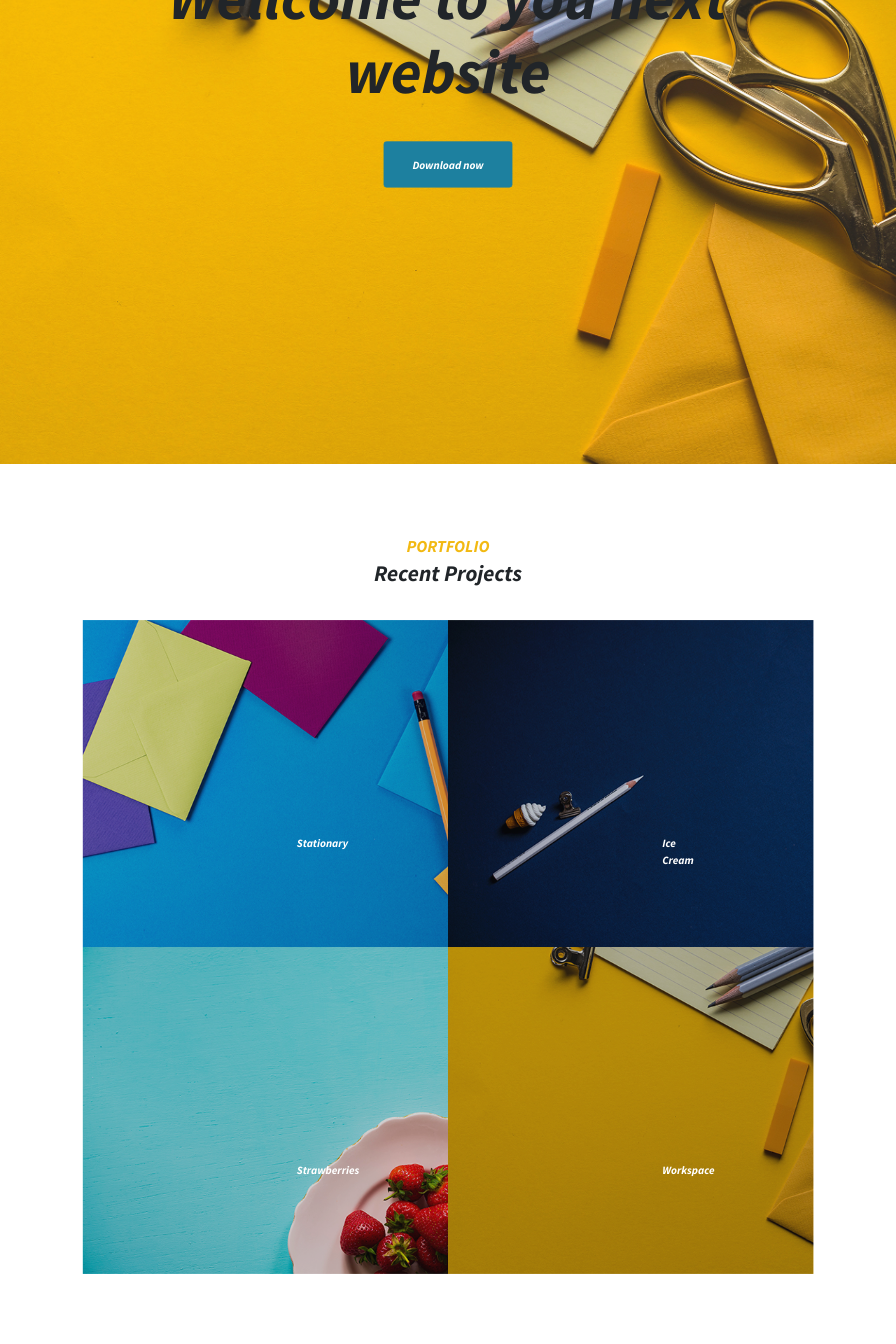
Repository: hoangpino/VE_FE_FrameWork_005
Page: lab06/index.html
An editor plug-in stored every save of this project. The page is shown before and after the next save, followed by the edit.
The browser window is 1280 px wide. The pictures show the part of the page from y = 2217 to 4137 px (the page is 4137 px tall), at 70% of full size.
Backgrounds fixed to the window are drawn as part of the page.

Above is the page before, as saved 2021-10-05 19:16:34.

### lab06/index.html
<!DOCTYPE html>
<html lang="en">

<head>
    <meta charset="UTF-8">
    <meta http-equiv="X-UA-Compatible" content="IE=edge">
    <meta name="viewport" content="width=device-width, initial-scale=1.0">
    <title>Portfolio</title>
    <link rel="stylesheet" href="./css/style.css" type="text/css" />
    <link rel="icon" href="./img/schools.png" />
    <link href="https://cdn.jsdelivr.net/npm/bootstrap@5.1.1/dist/css/bootstrap.min.css"
        rel="stylesheet"
        integrity="sha384-F3w7mX95PdgyTmZZMECAngseQB83DfGTowi0iMjiWaeVhAn4FJkqJByhZMI3AhiU"
        crossorigin="anonymous" />
    <link rel="stylesheet"
        href="https://cdnjs.cloudflare.com/ajax/libs/font-awesome/6.0.0-beta2/css/all.min.css" />
    <link rel="preconnect" href="https://fonts.googleapis.com">
    <link rel="preconnect" href="https://fonts.gstatic.com" crossorigin>
    <link
        href="https://fonts.googleapis.com/css2?family=Source+Sans+Pro:ital,wght@1,700&display=swap"
        rel="stylesheet" />
    <link rel="stylesheet"
        href="https://cdn.jsdelivr.net/npm/bootstrap-icons@1.5.0/font/bootstrap-icons.css">
</head>

<body>
    <a href="" class="menu-toggle rounded" hef="#" data-bs-toggle="offcanvas"
        data-bs-target="#offcanvas-right" aria-controls="offcanvas-right">
        <i class="fas fa-bars"></i>
    </a>
    <div class="offcanvas offcanvas-end" tabindex="-1" aria-labelledby="offcanvas-right-lable"
        id="offcanvas-right">
        <div class="offcanvas-header">
            <h5 id="offcanvas-right-label">Start Bootstrap</h5>
            <button type="button" class="btn-close btn-close-white text-reset"
                data-bs-dismiss="offcanvas" aria-label="Close"></button>
        </div>
        <div class="offcanvas-body">
            <ul class="sidebar-nav">
                <li class="sidebar-nav-item"><a href="#home">Home</a></li>
                <li class="sidebar-nav-item"><a href="#about">About</a></li>
                <li class="sidebar-nav-item"><a href="#services">Services</a></li>
                <li class="sidebar-nav-item"><a href="#callout">Callout</a></li>
                <li class="sidebar-nav-item"><a href="#portfolio">Portfolio</a></li>
                <li class="sidebar-nav-item"><a href="#">Contacts</a></li>
            </ul>
        </div>
    </div>

    <!-- Header -->
    <header class="d-flex align-items-center" id="home">
        <div class="container text-center">
            <h1 class="m-1">Stylist Portfolio</h1>
            <h3 class="mb-5">A Free Bootstrap Theme by Start Bootstrap </h3>
            <a href="" class="btn btn-primary btn-xl">Find Out More</a>
        </div>
    </header>

    <!-- About -->
    <section class="d-flex align-items-center" id="about">
        <div class="container text-center">
            <h2 class="m-1">Stylish Portfolio is the perfect theme for your next project!</h2>
            <p class="mb-5">This theme features a flexible, UX friendly sidebar menu and stock
                photos from our friends at Unsplash !</p>
            <a href="" class="btn btn-primary btn-xl">Find Out More</a>
        </div>
    </section>

    <!-- Services -->
    <section class="d-flex align-items-center" id="services">
        <div class="container text-center">
            <div class="section-header">
                <h4>Services</h4>
                <h2>What we offer</h2>
            </div>
            <div class="row">
                <div class="col-lg-3 col-md-6 mt-5">
                    <span class="services-icon mx-auto mb-3"><i class="bi bi-phone"></i></span>
                    <h2>Responsive</h2>
                    <p>Looks great on any screent size!</p>
                </div>
                <div class="col-lg-3 col-md-6 mt-5">
                    <span class="services-icon mx-auto mb-3"><i class="bi bi-pencil"></i></span>
                    <h2>Redesgined</h2>
                    <p>Freshly Redesgined for Bootstrap</p>
                </div>
                <div class="col-lg-3 col-md-6 mt-5">
                    <span class="services-icon mx-auto mb-3"><i
                            class="bi bi-hand-thumbs-up"></i></span>
                    <h2>Favorited</h2>
                    <p>Millions of users &hearts; Start Bootstrap!</p>
                </div>
                <div class="col-lg-3 col-md-6 mt-5">
                    <span class="services-icon mx-auto mb-3"><i
                            class="bi bi-question-circle"></i></span>
                    <h2>Questions</h2>
                    <p>Mustache you a question</p>
                </div>
            </div>
        </div>
    </section>

    <!-- Callout -->
    <section class="d-flex aglin-items-center" id="callout">
        <div class="container px-4 px-lg-5 text-center">
            <h1 class="mb-5">Wellcome to <em>you</em> next website</h1>
            <a href="#" class="btn btn-primary btn-xl">Download now</a>
        </div>
    </section>

    <!-- Portfolior -->
    <section class="d-flex align-items-center" id="portfolio">
        <div class="container px-4 px-lg-5 text-center">
            <div class="section-heading">
                <h4 class="m-1">Portfolio</h4>
                <h2 class="mb-5">Recent Projects</h2>
            </div>
            <div class="row gx-0">
                <div class="col-lg-6">
                    <a href="#" class="portfolio-item">
                        <div class="caption">
                            <div>Stationary</div>
                            <p>A yellow pencil with envelopes on a clean, blue backdrop.</p>
                        </div>
                        <img src="./img/portfolio-1.jpg">
                    </a>
                </div>
                <div class="col-lg-6">
                    <a href="#" class="portfolio-item">
                        <div class="caption">
                            <div>Ice Cream</div>
                            <p>A dark blue background with a colored pencil, a clip, and a tiny ice
                                cream cone!</p>
                        </div>
                        <img src="./img/portfolio-2.jpg">
                    </a>
                </div>
                <div class="col-lg-6">
                    <a href="#" class="portfolio-item">
                        <div class="caption">
                            <div>Strawberries</div>
                            <p>Strawberries are such a tasty snack, especially with a little sugar
                                on top!</p>
                        </div>
                        <img src="./img/portfolio-3.jpg">
                    </a>
                </div>
                <div class="col-lg-6">
                    <a href="#" class="portfolio-item">
                        <div class="caption">
                            <div>Workspace</div>
                            <p>A yellow workspace with some scissors, pencils, and other objects</p>
                        </div>
                        <img src="./img/portfolio-4.jpg">
                    </a>
                </div>
            </div>
        </div>
    </section>

    <script src="https://cdn.jsdelivr.net/npm/bootstrap@5.1.1/dist/js/bootstrap.bundle.min.js"
        integrity="sha384-/bQdsTh/da6pkI1MST/rWKFNjaCP5gBSY4sEBT38Q/9RBh9AH40zEOg7Hlq2THRZ"
        crossorigin="anonymous"></script>
</body>

</html>

### lab06/css/style.css
:root {
    --color-green: #1d809f;
    --color-green-dark:rgb(15, 64, 78);
    --color-dark:#343a40;
    --color-yellow: #f2b912;
}

body {
    font-family: 'Source Sans Pro', sans-serif !important;
}

* {
    margin: 0;
    padding: 0;
}
.menu-toggle {
    position: fixed;
    width: 50px;
    height: 50px;
    color: #fff;
    background-color: rgba(52,58,64,0.5);
    text-align: center;
    line-height: 50px;
    right: 15px;
    top: 15px;
}

.menu-toggle:hover {
    background-color: var(--color-dark);
    color: #fff;
}

.offcanvas {
    background-color: var(--color-green) !important;
    color: #fff;
    width: 250px;

}

.offcanvas ul {
    list-style: none;
    margin : 0;
    padding: 0;
}

.offcanvas a {
    color: #fff;
    display: block;
    padding: 15px;
    text-decoration: none;

}

.offcanvas a:hover {
    background-color: rgba(52, 58, 64, 0.2);
    color: #fff;
}

.offcanvas-body {
    padding: 0 !important;
    margin: 0;

}

.offcanvas-header {
    background-color: rgba(52, 58, 64, 0.1);
}

header {
    background: url(../img/bg-masthead.jpg);
    background-repeat: none;
    background-position: center center;
    background-size: cover;
    min-height: 100vh;
}

h1 {
    font-weight: 700 !important;
    font-size: 5.5rem !important;
}

h2 {
    font-weight: 700 !important;
    font-style: 2.0rem !important;
}

h3 {
    font-weight: 700 !important;
    font-style: 1.75rem !important;
    font-style: italic;
}

h4 {
    font-weight: 700;
    font-size: 1.0rem;
    text-transform: uppercase;
    color: var(--color-yellow);
}

p {
    font-weight: 300 !important;
    font-size: 1.25em;
}

.btn-primary {
    background-color: var(--color-green) !important;
    border-color: var(--color-green) !important;
}

.btn-primary:active, .btn-primary:hover {
    background-color: var(--color-green-dark) !important;
    border-color: var(--color-green-dark) !important;
}

.btn-xl {
    padding: 1.25em 2.5em !important;
}

#about {
    min-height: 100vh;
}

#services {
    min-height: 100vh;
    background-color: var(--color-green);
    color: #fff;
}

.services-icon {
    background-color:#fff !important;
    color: var(--color-green);
    height:7rem;
    width: 7rem;
    display: block;
    line-height: 7rem;
    text-align: center;
    font-size: 2.5em;
    border-radius: 50%;
}

#callout {
    min-height: 100vh;
    background: url(../img/bg-callout.jpg);
    background-repeat: none;
    background-position: top center;
    background-size: cover;
    background-attachment: fixed;
}

#portfolio {
    min-height: 100vh;
    padding: 100px 0;
}

.portfolio-item {
    margin: 0;
    text-decoration: none;
    display: block;
    position: relative;
    overflow: hidden;
}

.portfolio-item img {

}

.caption {
    height: 100%;
    width: 100%;
    position: absolute;
    top: 0;
    bottom: 0;
    background-color: rgba(33, 37, 41, 0.2);
    color: #fff;
    text-align: left;
    padding: 50px;
}

.caption div {
    margin: 16rem;
}

After the next save:
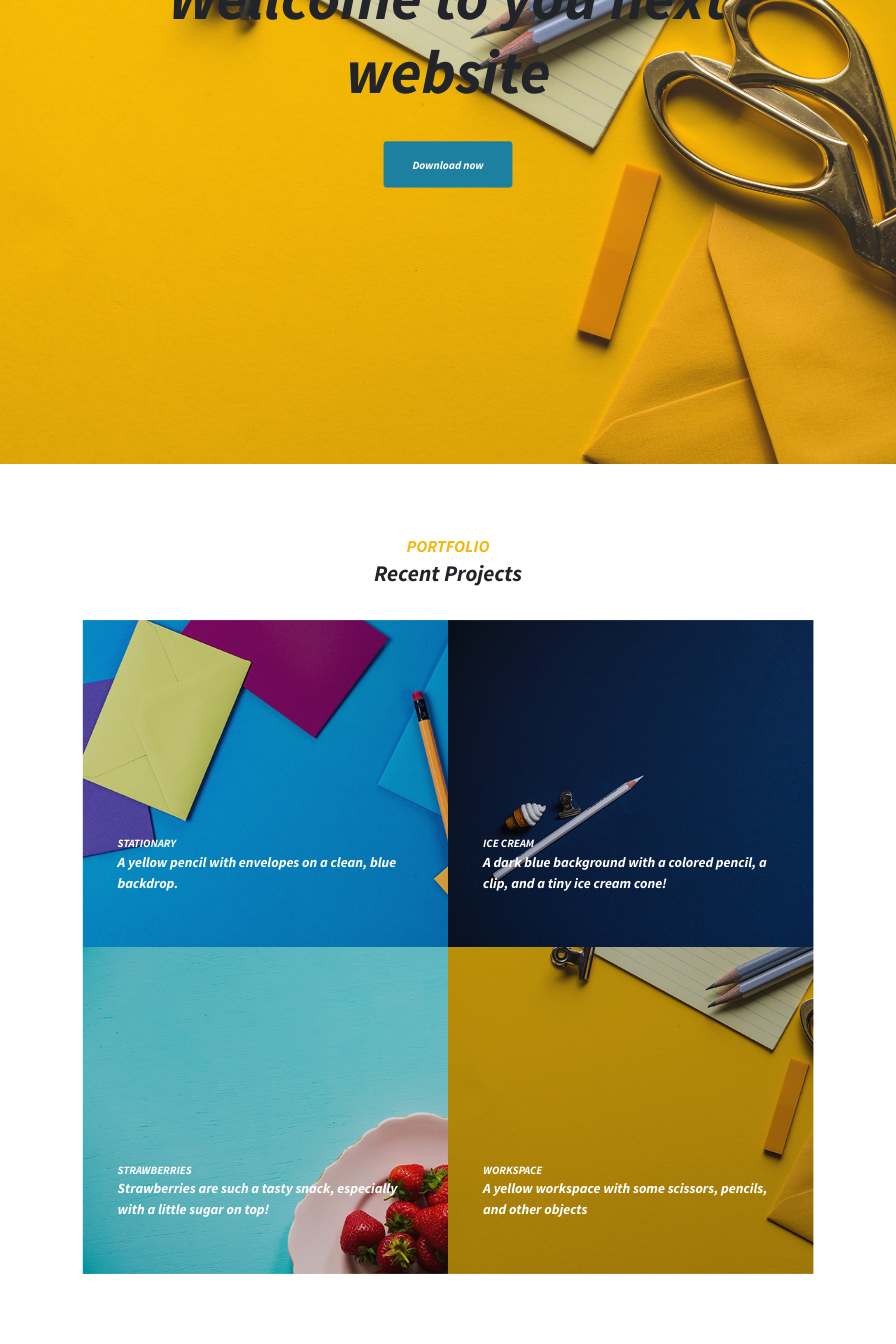
Saved 87 s later.
--- a/lab06/css/style.css
+++ b/lab06/css/style.css
@@ -174,8 +174,11 @@
     color: #fff;
     text-align: left;
     padding: 50px;
+    font-size: 1rem;
 }
 
 .caption div {
-    margin: 16rem;
+    margin-top: 16rem;
+    text-transform: uppercase;
+    font-weight: 700;
 }
